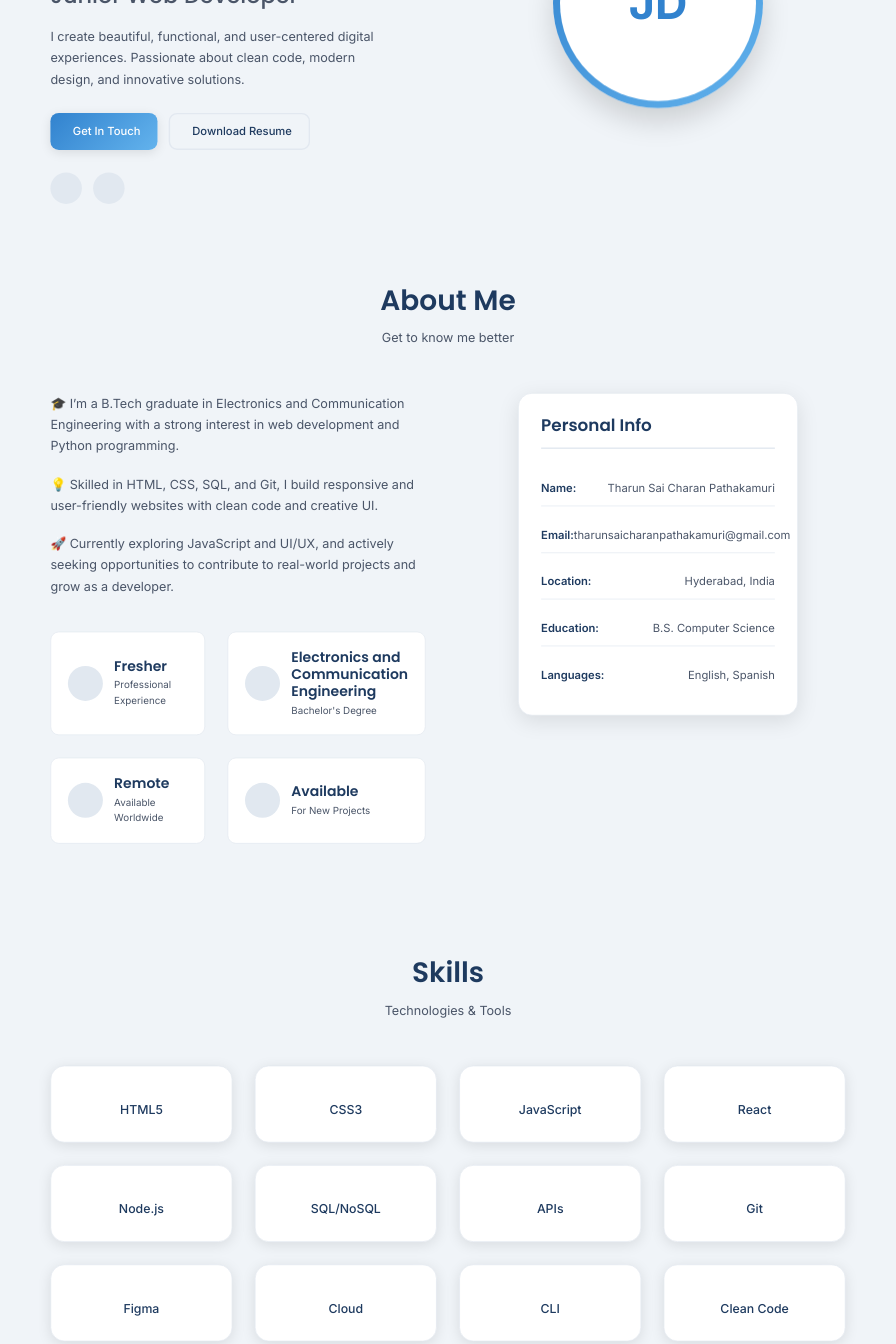
Repository: TharunPathakamuri/Portfolio
Page: index.html
The author's editor kept a copy of each file at every save. The page is drawn from the files as they stood at one save, then again after the next save.
The browser window is 1280 px wide. The pictures show the part of the page from y = 395 to 2315 px (the page is 4994 px tall), at 70% of full size.

Above is the page before, as saved 2025-07-04 23:28:38.

After the next save:
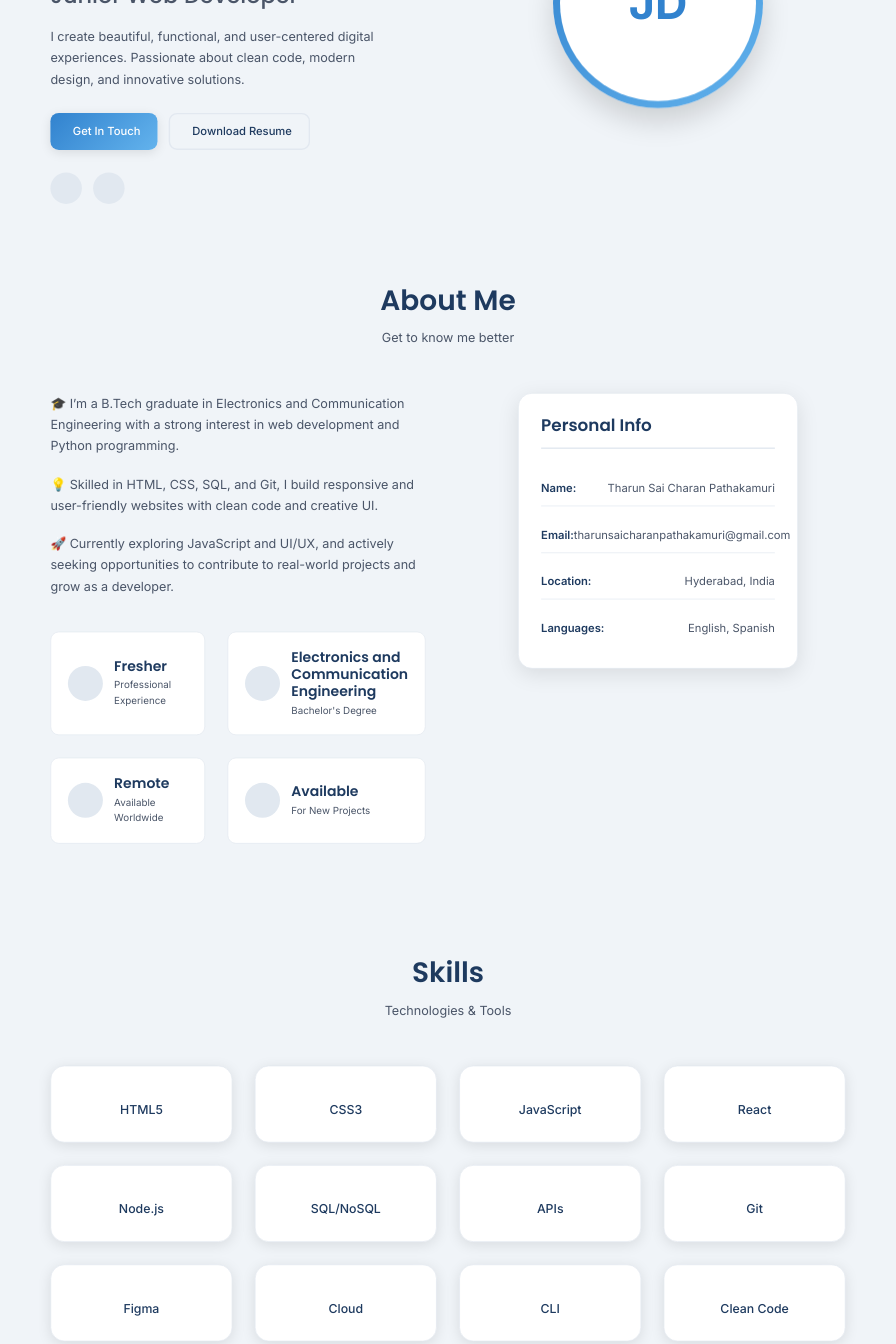
Saved 11 s later.
--- a/index.html
+++ b/index.html
@@ -230,11 +230,6 @@
                 <div class="info-item">
                   <span class="info-label">Location:</span>
                   <span class="info-value">Hyderabad, India</span>
-                </div>
-
-                <div class="info-item">
-                  <span class="info-label">Education:</span>
-                  <span class="info-value">B.S. Computer Science</span>
                 </div>
 
                 <div class="info-item">
